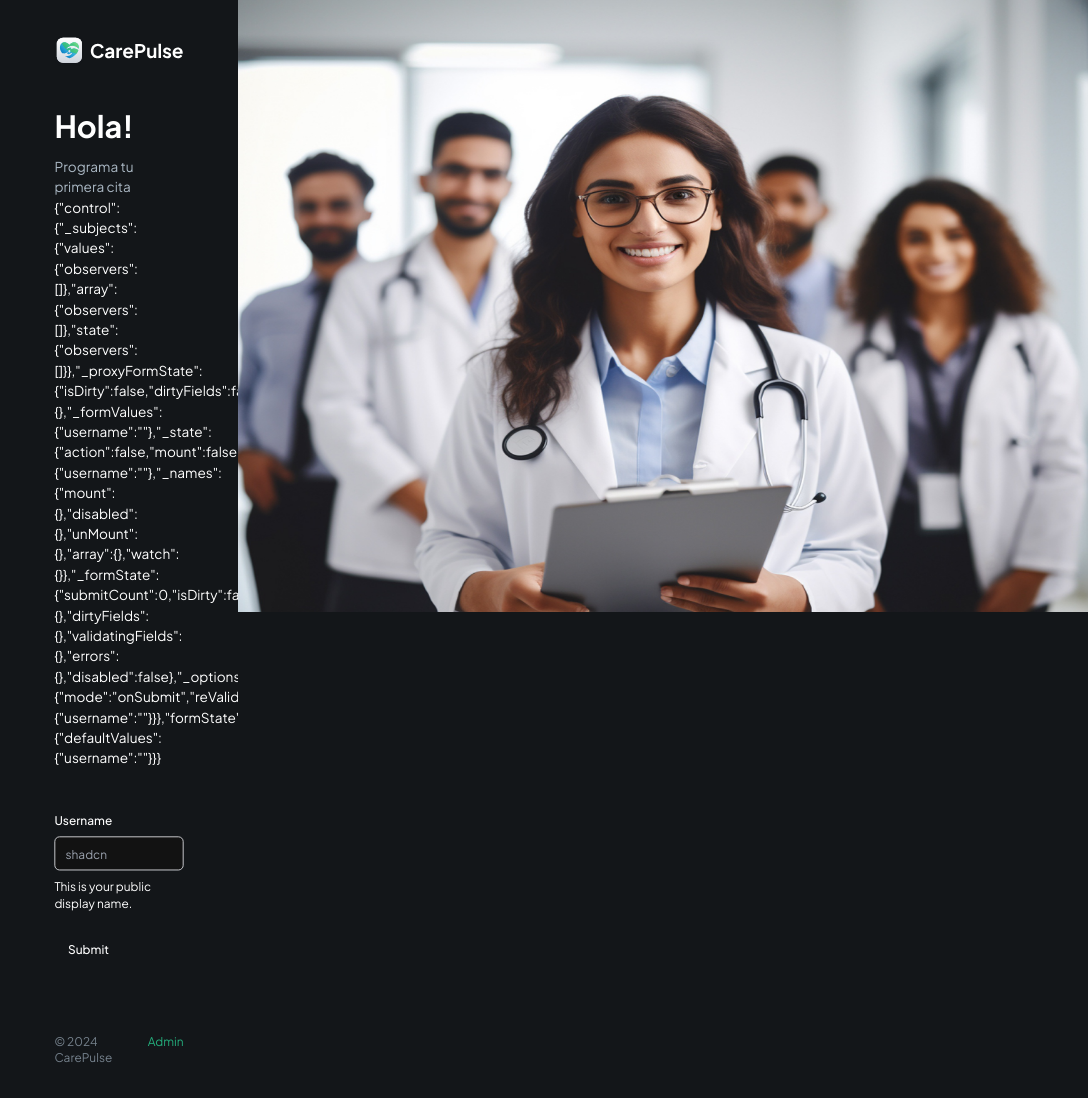
Repository: drsamame/healtcare
Page: /
These files come from the project's save history. The page is drawn as it stood at one moment and after the next save; the edit follows.
The browser window is 1280 px wide. The pictures show the whole page, at 85% of full size.
The project was rebuilt for these pictures with package versions that can differ from the ones it lists, and the page was loaded fresh each time. The framework's server and built-in components were replaced by stand-ins that run in the browser. Also part of the build but not shown: next.config.mjs.

Above is the page before, as saved 2024-07-08 17:05:05.

### app/layout.tsx
import type { Metadata } from 'next';
import { Plus_Jakarta_Sans } from 'next/font/google';
import { ThemeProvider } from "@/components/ui/theme-provider"
import './globals.css';

import { cn } from '@/lib/utils';

const fontSans = Plus_Jakarta_Sans({
	subsets: ['latin'],
	weight: ['300', '400', '500', '600', '700'],
	variable: '--font-sans',
});

export const metadata: Metadata = {
	title: 'CarePulse',
	description: 'Un sistema de cuidado de la salud en tiempo real',
};

export default function RootLayout({
	children,
}: Readonly<{
	children: React.ReactNode;
}>) {
	return (
		<html lang="es" suppressHydrationWarning>
			<body
				className={cn(
					'min-h-screen bg-dark-300 font-sans antialiased',
					fontSans.variable
				)}
			>
				<ThemeProvider
					attribute="class"
					defaultTheme="dark"
					enableSystem
					disableTransitionOnChange
				>
					{children}
				</ThemeProvider>
			</body>
		</html>
	);
}

### app/page.tsx
import PatientForm from '@/components/forms/PatientForm';
import Image from 'next/image';
import Link from 'next/link';

export default function Home() {
	return (
		<div className="flex h-screen max-h-screen">
			<section className="remove-scrollbar container my-auto">
				<div className="sub-container max-w-[496px]">
					<Image
						alt="patient"
						src="/assets/icons/logo-full.svg"
						height={1000}
						width={1000}
						className="mb-12 h-10 w-fit"
					></Image>
					<PatientForm />
					<div className="text-14-regular mt-20 flex justify-between">
						<p className="justify-items-end text-dark-600 xl:text-left">
							© 2024 CarePulse{' '}
						</p>
						<Link href="/?admin=true" className="text-green-500">
							Admin
						</Link>
					</div>
				</div>
			</section>

			<Image
				src="/assets/images/onboarding-img.png"
				width={1000}
				height={1000}
				alt="patient"
			></Image>
		</div>
	);
}

### components/forms/PatientForm.tsx
'use client';
import { zodResolver } from '@hookform/resolvers/zod';
import { useForm } from 'react-hook-form';
import { z } from 'zod';
import { Button } from '@/components/ui/button';
import { Form } from '@/components/ui/form';
import CustomFormField from '../CustomFormField';

const formSchema = z.object({
	username: z.string().min(2, {
		message: 'Username must be at least 2 characters.',
	}),
});

const PatientForm = () => {
	// 1. Define your form.
	const form = useForm<z.infer<typeof formSchema>>({
		resolver: zodResolver(formSchema),
		defaultValues: {
			username: '',
		},
	});

	// 2. Define a submit handler.
	function onSubmit(values: z.infer<typeof formSchema>) {
		console.log(values);
	}
	return (

		<Form {...form}>
			<form onSubmit={form.handleSubmit(onSubmit)} className="space-y-6 flex-1">
				<section className="mb-12 space-y-4">
					<h1 className="header">Hola!</h1>
					<p className="text-dark-700">Programa tu primera cita</p>
					{JSON.stringify(form)}
				</section>
				<CustomFormField control={form.control} />
				<Button type="submit">Submit</Button>
			</form>
		</Form>
	);
};

export default PatientForm;

### components/ui/button.tsx
import * as React from "react"
import { Slot } from "@radix-ui/react-slot"
import { cva, type VariantProps } from "class-variance-authority"

import { cn } from "@/lib/utils"

const buttonVariants = cva(
  "inline-flex items-center justify-center whitespace-nowrap rounded-md text-sm font-medium ring-offset-background transition-colors focus-visible:outline-none focus-visible:ring-2 focus-visible:ring-ring focus-visible:ring-offset-2 disabled:pointer-events-none disabled:opacity-50",
  {
    variants: {
      variant: {
        default: "bg-primary text-primary-foreground hover:bg-primary/90",
        destructive:
          "bg-destructive text-destructive-foreground hover:bg-destructive/90",
        outline:
          "border border-input bg-background hover:bg-accent hover:text-accent-foreground",
        secondary:
          "bg-secondary text-secondary-foreground hover:bg-secondary/80",
        ghost: "hover:bg-accent hover:text-accent-foreground",
        link: "text-primary underline-offset-4 hover:underline",
      },
      size: {
        default: "h-10 px-4 py-2",
        sm: "h-9 rounded-md px-3",
        lg: "h-11 rounded-md px-8",
        icon: "h-10 w-10",
      },
    },
    defaultVariants: {
      variant: "default",
      size: "default",
    },
  }
)

export interface ButtonProps
  extends React.ButtonHTMLAttributes<HTMLButtonElement>,
    VariantProps<typeof buttonVariants> {
  asChild?: boolean
}

const Button = React.forwardRef<HTMLButtonElement, ButtonProps>(
  ({ className, variant, size, asChild = false, ...props }, ref) => {
    const Comp = asChild ? Slot : "button"
    return (
      <Comp
        className={cn(buttonVariants({ variant, size, className }))}
        ref={ref}
        {...props}
      />
    )
  }
)
Button.displayName = "Button"

export { Button, buttonVariants }

### components/ui/form.tsx
"use client"

import * as React from "react"
import * as LabelPrimitive from "@radix-ui/react-label"
import { Slot } from "@radix-ui/react-slot"
import {
  Controller,
  ControllerProps,
  FieldPath,
  FieldValues,
  FormProvider,
  useFormContext,
} from "react-hook-form"

import { cn } from "@/lib/utils"
import { Label } from "@/components/ui/label"

const Form = FormProvider

type FormFieldContextValue<
  TFieldValues extends FieldValues = FieldValues,
  TName extends FieldPath<TFieldValues> = FieldPath<TFieldValues>
> = {
  name: TName
}

const FormFieldContext = React.createContext<FormFieldContextValue>(
  {} as FormFieldContextValue
)

const FormField = <
  TFieldValues extends FieldValues = FieldValues,
  TName extends FieldPath<TFieldValues> = FieldPath<TFieldValues>
>({
  ...props
}: ControllerProps<TFieldValues, TName>) => {
  return (
    <FormFieldContext.Provider value={{ name: props.name }}>
      <Controller {...props} />
    </FormFieldContext.Provider>
  )
}

const useFormField = () => {
  const fieldContext = React.useContext(FormFieldContext)
  const itemContext = React.useContext(FormItemContext)
  const { getFieldState, formState } = useFormContext()

  const fieldState = getFieldState(fieldContext.name, formState)

  if (!fieldContext) {
    throw new Error("useFormField should be used within <FormField>")
  }

  const { id } = itemContext

  return {
    id,
    name: fieldContext.name,
    formItemId: `${id}-form-item`,
    formDescriptionId: `${id}-form-item-description`,
    formMessageId: `${id}-form-item-message`,
    ...fieldState,
  }
}

type FormItemContextValue = {
  id: string
}

const FormItemContext = React.createContext<FormItemContextValue>(
  {} as FormItemContextValue
)

const FormItem = React.forwardRef<
  HTMLDivElement,
  React.HTMLAttributes<HTMLDivElement>
>(({ className, ...props }, ref) => {
  const id = React.useId()

  return (
    <FormItemContext.Provider value={{ id }}>
      <div ref={ref} className={cn("space-y-2", className)} {...props} />
    </FormItemContext.Provider>
  )
})
FormItem.displayName = "FormItem"

const FormLabel = React.forwardRef<
  React.ElementRef<typeof LabelPrimitive.Root>,
  React.ComponentPropsWithoutRef<typeof LabelPrimitive.Root>
>(({ className, ...props }, ref) => {
  const { error, formItemId } = useFormField()

  return (
    <Label
      ref={ref}
      className={cn(error && "text-destructive", className)}
      htmlFor={formItemId}
      {...props}
    />
  )
})
FormLabel.displayName = "FormLabel"

const FormControl = React.forwardRef<
  React.ElementRef<typeof Slot>,
  React.ComponentPropsWithoutRef<typeof Slot>
>(({ ...props }, ref) => {
  const { error, formItemId, formDescriptionId, formMessageId } = useFormField()

  return (
    <Slot
      ref={ref}
      id={formItemId}
      aria-describedby={
        !error
          ? `${formDescriptionId}`
          : `${formDescriptionId} ${formMessageId}`
      }
      aria-invalid={!!error}
      {...props}
    />
  )
})
FormControl.displayName = "FormControl"

const FormDescription = React.forwardRef<
  HTMLParagraphElement,
  React.HTMLAttributes<HTMLParagraphElement>
>(({ className, ...props }, ref) => {
  const { formDescriptionId } = useFormField()

  return (
    <p
      ref={ref}
      id={formDescriptionId}
      className={cn("text-sm text-muted-foreground", className)}
      {...props}
    />
  )
})
FormDescription.displayName = "FormDescription"

const FormMessage = React.forwardRef<
  HTMLParagraphElement,
  React.HTMLAttributes<HTMLParagraphElement>
>(({ className, children, ...props }, ref) => {
  const { error, formMessageId } = useFormField()
  const body = error ? String(error?.message) : children

  if (!body) {
    return null
  }

  return (
    <p
      ref={ref}
      id={formMessageId}
      className={cn("text-sm font-medium text-destructive", className)}
      {...props}
    >
      {body}
    </p>
  )
})
FormMessage.displayName = "FormMessage"

export {
  useFormField,
  Form,
  FormItem,
  FormLabel,
  FormControl,
  FormDescription,
  FormMessage,
  FormField,
}

### components/CustomFormField.tsx
'use client';
import React from 'react';

import {
	FormControl,
	FormDescription,
	FormField,
	FormItem,
	FormLabel,
	FormMessage,
} from '@/components/ui/form';
import { Input } from '@/components/ui/input';
import { Control } from 'react-hook-form';

interface Props {
	control: Control<any>;
}

function CustomFormField({ control }: Props) {
	return (
		<FormField
			control={control}
			name="username"
			render={({ field }) => (
				<FormItem>
					<FormLabel>Username</FormLabel>
					<FormControl>
						<Input placeholder="shadcn" {...field} />
					</FormControl>
					<FormDescription>This is your public display name.</FormDescription>
					<FormMessage />
				</FormItem>
			)}
		/>
	);
}

export default CustomFormField;

### components/ui/label.tsx
"use client"

import * as React from "react"
import * as LabelPrimitive from "@radix-ui/react-label"
import { cva, type VariantProps } from "class-variance-authority"

import { cn } from "@/lib/utils"

const labelVariants = cva(
  "text-sm font-medium leading-none peer-disabled:cursor-not-allowed peer-disabled:opacity-70"
)

const Label = React.forwardRef<
  React.ElementRef<typeof LabelPrimitive.Root>,
  React.ComponentPropsWithoutRef<typeof LabelPrimitive.Root> &
    VariantProps<typeof labelVariants>
>(({ className, ...props }, ref) => (
  <LabelPrimitive.Root
    ref={ref}
    className={cn(labelVariants(), className)}
    {...props}
  />
))
Label.displayName = LabelPrimitive.Root.displayName

export { Label }

### components/ui/input.tsx
import * as React from "react"

import { cn } from "@/lib/utils"

export interface InputProps
  extends React.InputHTMLAttributes<HTMLInputElement> {}

const Input = React.forwardRef<HTMLInputElement, InputProps>(
  ({ className, type, ...props }, ref) => {
    return (
      <input
        type={type}
        className={cn(
          "flex h-10 w-full rounded-md border border-input bg-background px-3 py-2 text-sm ring-offset-background file:border-0 file:bg-transparent file:text-sm file:font-medium placeholder:text-muted-foreground focus-visible:outline-none focus-visible:ring-2 focus-visible:ring-ring focus-visible:ring-offset-2 disabled:cursor-not-allowed disabled:opacity-50",
          className
        )}
        ref={ref}
        {...props}
      />
    )
  }
)
Input.displayName = "Input"

export { Input }

### tailwind.config.ts
import type { Config } from "tailwindcss";

const { fontFamily } = require("tailwindcss/defaultTheme");

const config = {
  darkMode: ["class"],
  content: [
    "./pages/**/*.{ts,tsx}",
    "./components/**/*.{ts,tsx}",
    "./app/**/*.{ts,tsx}",
    "./src/**/*.{ts,tsx}",
  ],
  prefix: "",
  theme: {
    container: {
      center: true,
      padding: "2rem",
      screens: {
        "2xl": "1400px",
      },
    },
    extend: {
      colors: {
        green: {
          500: "#24AE7C",
          600: "#0D2A1F",
        },
        blue: {
          500: "#79B5EC",
          600: "#152432",
        },
        red: {
          500: "#F37877",
          600: "#3E1716",
          700: "#F24E43",
        },
        light: {
          200: "#E8E9E9",
        },
        dark: {
          200: "#0D0F10",
          300: "#131619",
          400: "#1A1D21",
          500: "#363A3D",
          600: "#76828D",
          700: "#ABB8C4",
        },
      },
      fontFamily: {
        sans: ["var(--font-sans)", ...fontFamily.sans],
      },
      backgroundImage: {
        appointments: "url('/assets/images/appointments-bg.png')",
        pending: "url('/assets/images/pending-bg.png')",
        cancelled: "url('/assets/images/cancelled-bg.png')",
      },
      keyframes: {
        "accordion-down": {
          from: { height: "0" },
          to: { height: "var(--radix-accordion-content-height)" },
        },
        "accordion-up": {
          from: { height: "var(--radix-accordion-content-height)" },
          to: { height: "0" },
        },
        "caret-blink": {
          "0%,70%,100%": { opacity: "1" },
          "20%,50%": { opacity: "0" },
        },
      },
      animation: {
        "accordion-down": "accordion-down 0.2s ease-out",
        "accordion-up": "accordion-up 0.2s ease-out",
        "caret-blink": "caret-blink 1.25s ease-out infinite",
      },
    },
  },
  plugins: [require("tailwindcss-animate")],
} satisfies Config;

export default config;

Loaded but not shown: components/ui/theme-provider.tsx (common file); app/globals.css (common file); lib/utils.ts (common file)

After the next save:
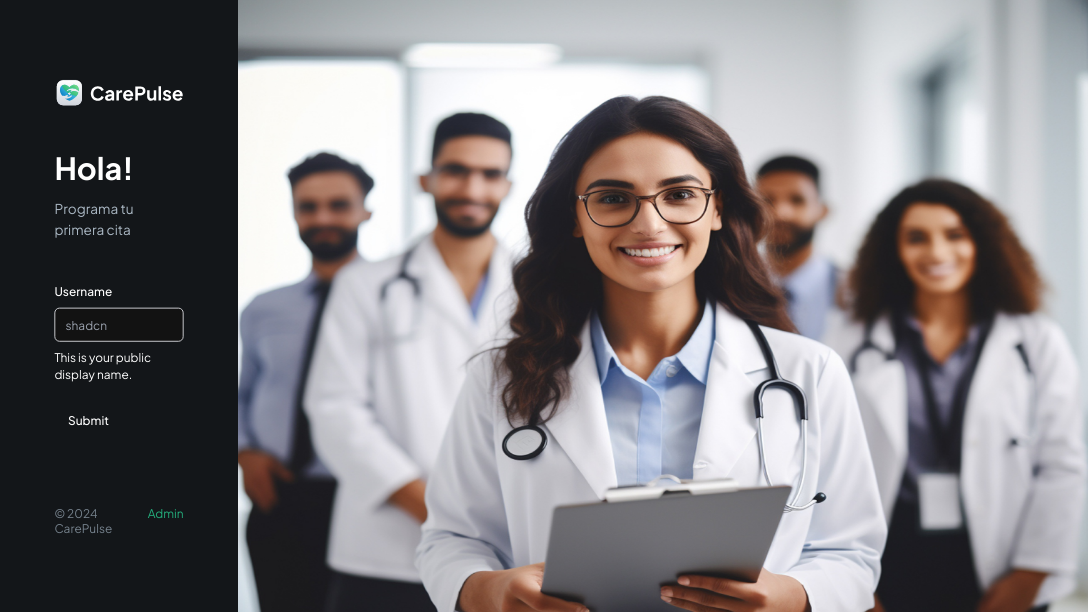
Saved 6 h 47 min later.
--- a/components/forms/PatientForm.tsx
+++ b/components/forms/PatientForm.tsx
@@ -32,7 +32,7 @@ const PatientForm = () => {
 				<section className="mb-12 space-y-4">
 					<h1 className="header">Hola!</h1>
 					<p className="text-dark-700">Programa tu primera cita</p>
-					{JSON.stringify(form)}
+
 				</section>
 				<CustomFormField control={form.control} />
 				<Button type="submit">Submit</Button>
